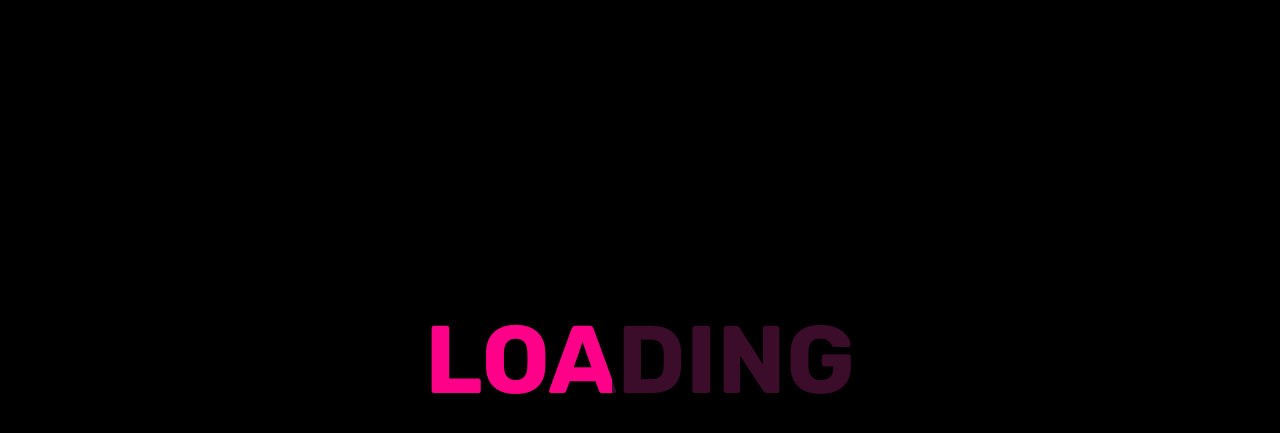
Repository: Shenixo/QuizApp
Page: /
An editor plug-in stored every save of this project. The page is shown before and after the next save, followed by the edit.
The browser window is 1280 px wide. The pictures show the whole page.
The page's requests for data from a server got no answer. The project was rebuilt for these pictures with package versions that can differ from the ones it lists, and the page was loaded fresh each time. No one was signed in, and anything a server would have sent is missing. Also part of the build but not shown: vite.config.js, src/App.css, src/Components/Navbar/Navbar.jsx, src/Components/Option/Option.jsx, src/Pages/Game/Game.jsx.

Above is the page before, as saved 2025-03-31 22:23:31.

After the next save:
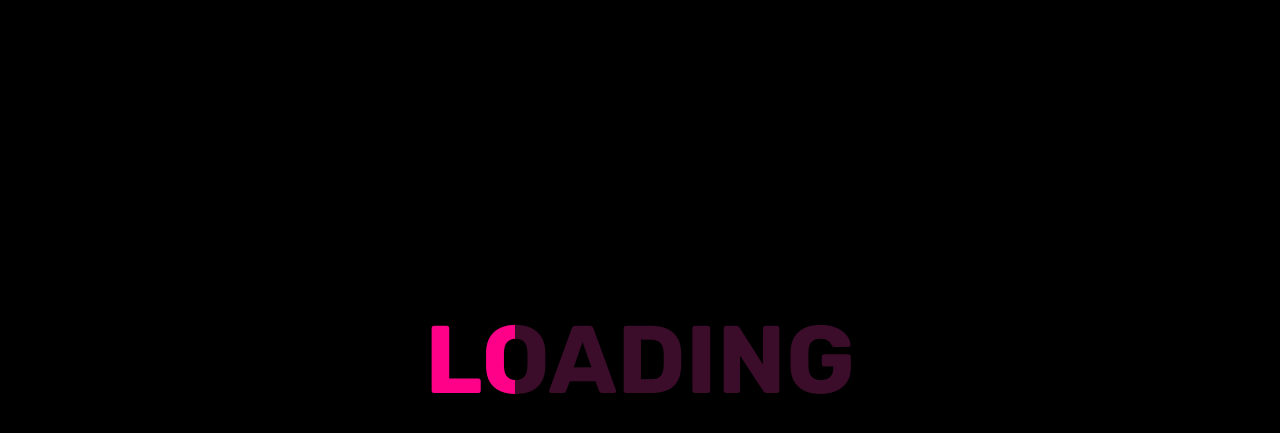
Saved 30 s later.
--- a/src/Pages/Progress/Progress.jsx
+++ b/src/Pages/Progress/Progress.jsx
@@ -22,7 +22,7 @@
           transition={{
             type: "spring",
             stiffness: 100,
-            damping: 100,
+            damping: 500,
           }}
           style={{
             whiteSpace: "nowrap",
